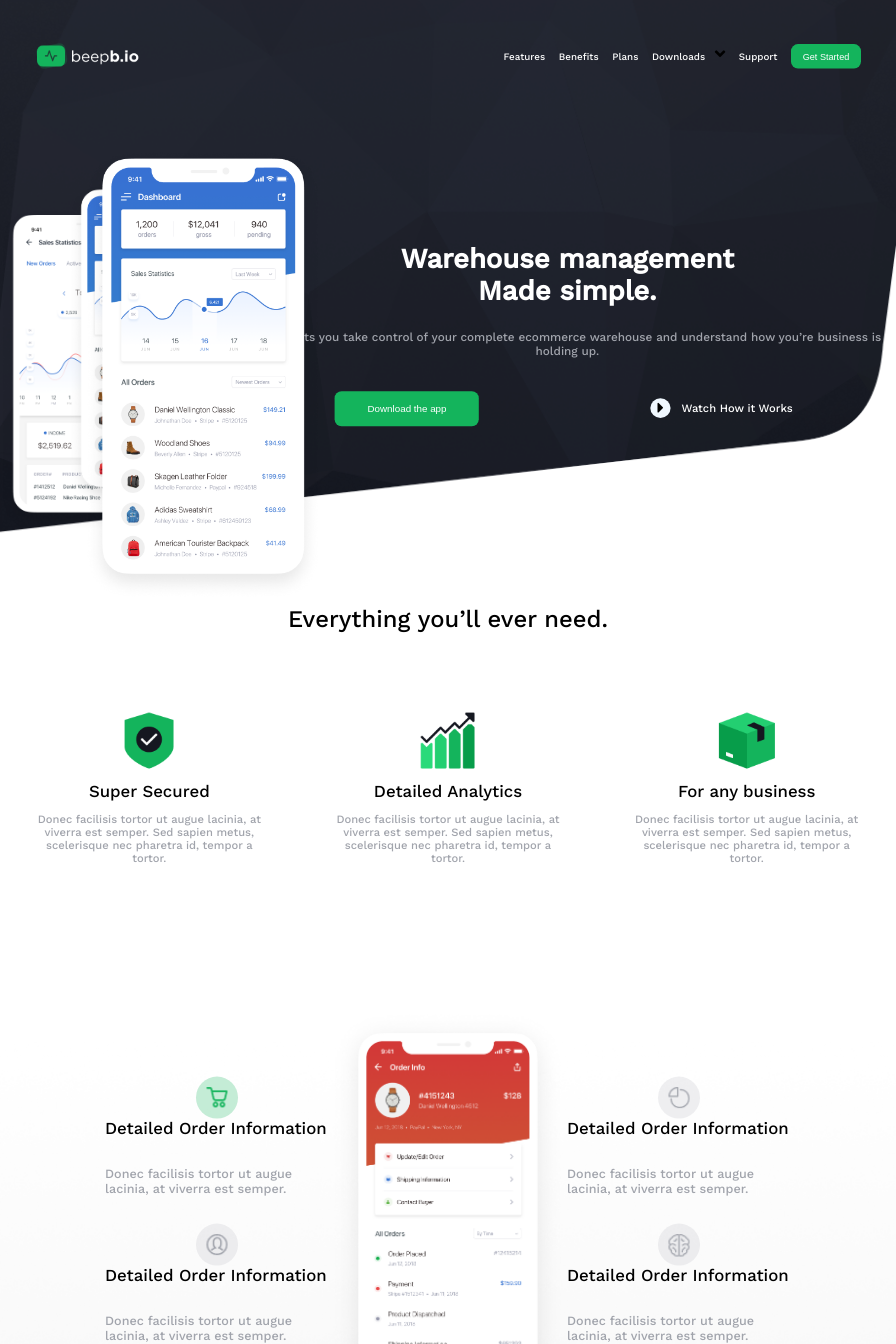
Repository: thinhnguyen347/thinhnguyen347.github.io
Page: cut-html-css/index.html
These files come from the project's save history. The page is drawn as it stood at one moment and after a run of saves; the edit follows.
The browser window is 1280 px wide. The pictures show the part of the page from y = 0 to 1920 px (the page is 4471 px tall before and 4463 px after), at 70% of full size.

Above is the page before, as saved 2021-11-10 19:20:14.

After the next 2 saves:
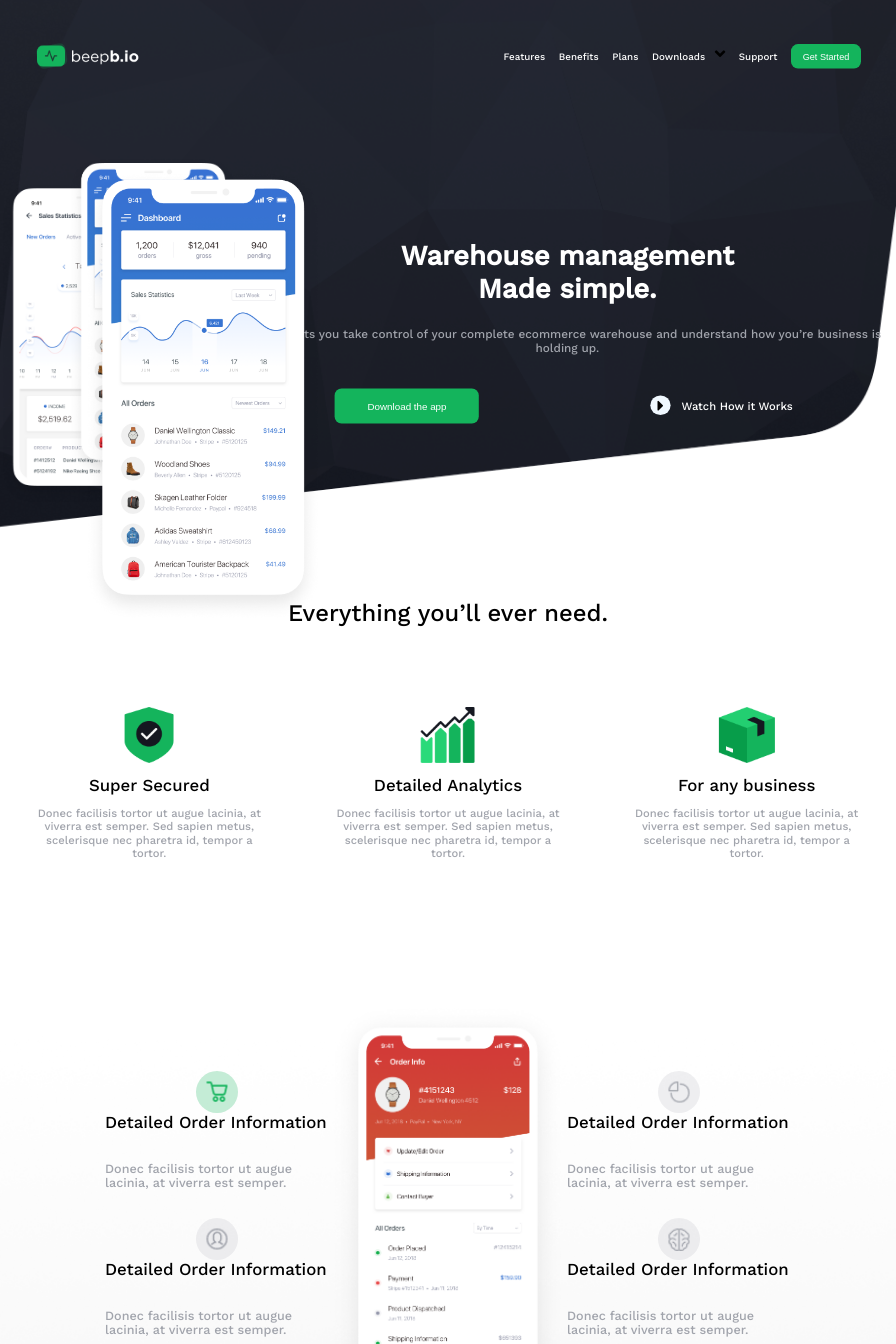
The 2 saves are shown as one change because they came seconds apart.
The last was saved 21 s later.
--- a/cut-html-css/css/style.css
+++ b/cut-html-css/css/style.css
@@ -161,8 +161,6 @@ li.menuitem:hover .drop-down {
 }
 
 .iphone-x1 {
-  margin-top: 20%;
-  margin-right: 0;
   max-width: 341px;
 }
 
